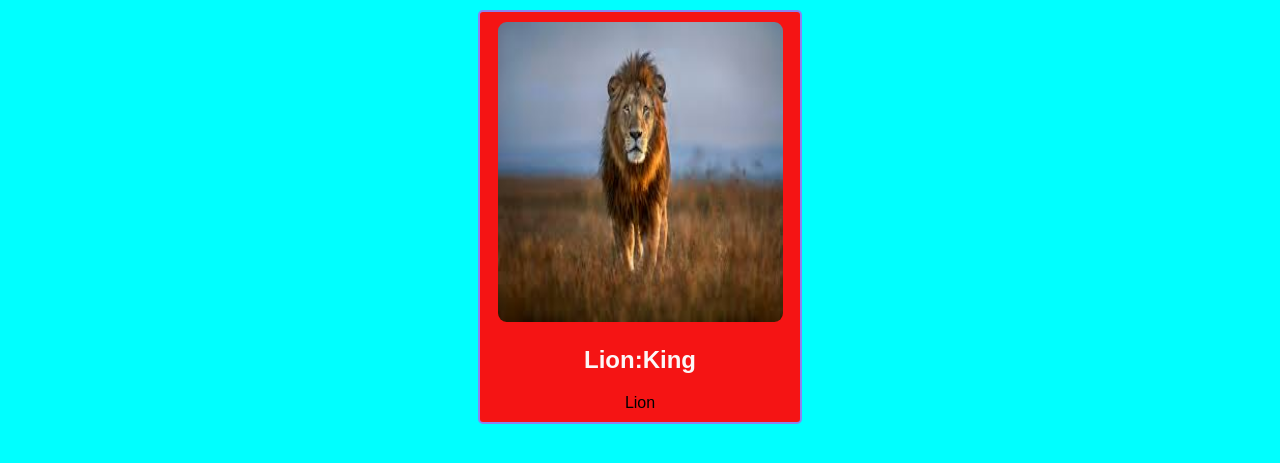
Repository: KingBoyMaylow/Animal-trading-card
Page: index.html
An editor plug-in stored every save of this project. The page is shown before and after the next save, followed by the edit.
The browser window is 1280 px wide. The pictures show the whole page.

Above is the page before, as saved 2024-05-13 22:13:25.

### index.html
<!DOCTYPE html>
<html lang="en">
<head>
    <meta charset="UTF-8">
    <meta name="viewport" content="width=device-width, initial-scale=1.0">
    <title>Document</title>
</head>
<body>
    <style>
    body {
        font-family: Arial, sans-serif;
        text-align: center;
        background-color: aqua;
    }
    .card {
        width: 300px;
        border: 2px solid #8a83f1;
        border-radius: 5px;
        margin: 10px auto;
        padding: 10px;
        background-color: #f51414;
    }
    .card img {
        width: 95%;
        border-radius: 3%;
        height: 300px;
    }
    .card h2 {
        color: #fcf7f7;
    }
    .card p {
        color: #666;
    }
</style>
</head>
<body>
    <div class="card">
        <img src="lion.jpeg" alt="Lion">
        <h2>Lion:King</h2><h>Lion</h2
    </div>
</body>
</html>

After the next save:
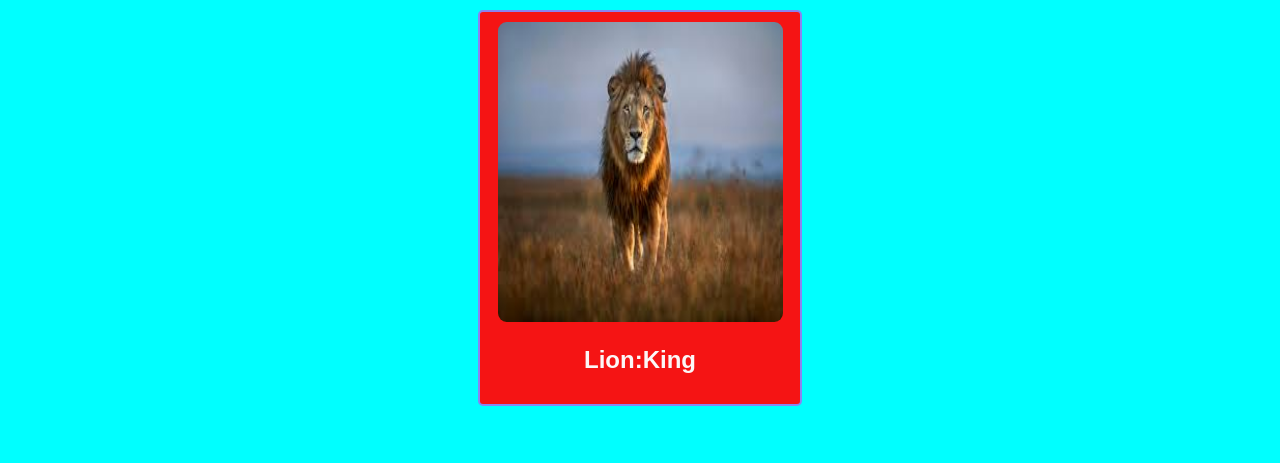
Saved 4 s later.
--- a/index.html
+++ b/index.html
@@ -36,7 +36,7 @@
 <body>
     <div class="card">
         <img src="lion.jpeg" alt="Lion">
-        <h2>Lion:King</h2><h>Lion</h2
+        <h2>Lion:King</h2
     </div>
 </body>
 </html>
